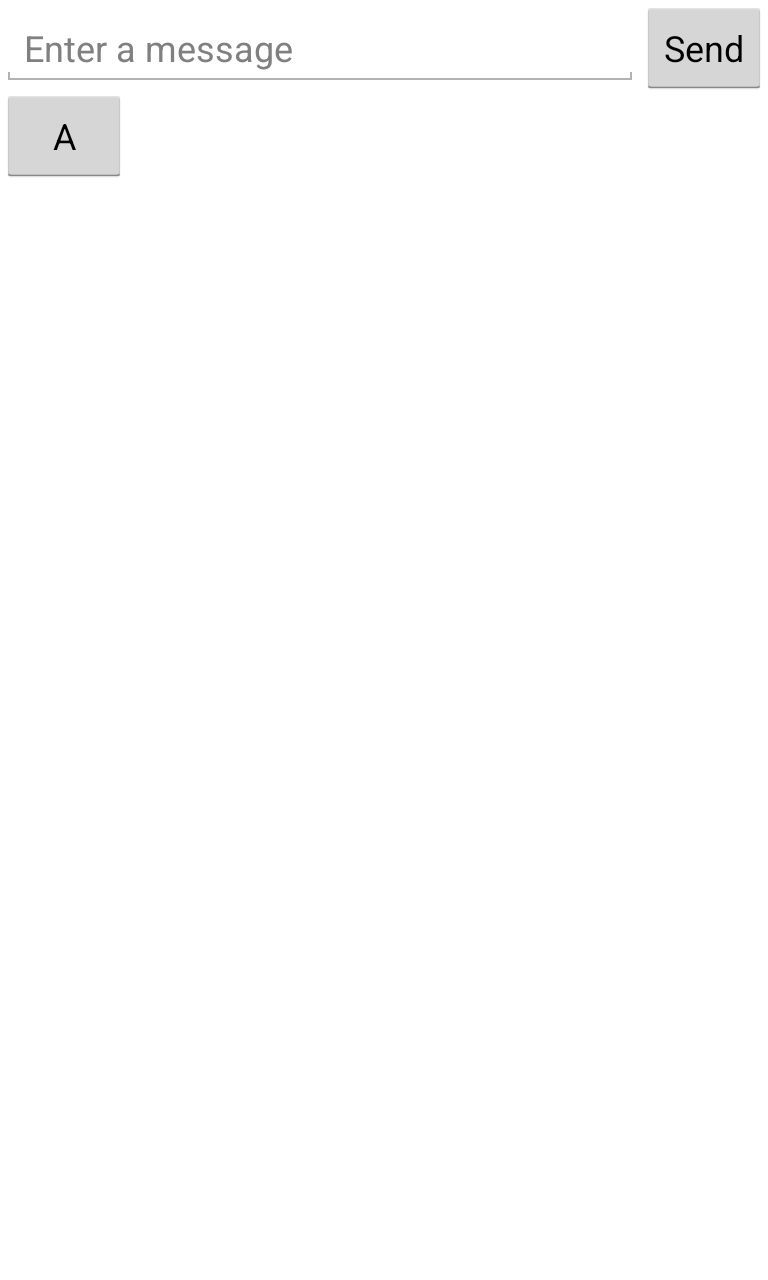
Repository: Jwonsever/AndroidPiano
Layout: HelloWorld/res/layout/activity_main.xml
These files come from the project's save history. The layout is drawn as it stood at one moment and after the next save; the edit follows.
It is drawn on a 768 x 1280 px phone screen (xhdpi) without system bars, with theme AppTheme; the app's code is not run.

Above is the layout before, as saved 2013-11-08 01:06:27.

### HelloWorld/res/layout/activity_main.xml
<?xml version="1.0" encoding="utf-8"?>
<RelativeLayout xmlns:android="http://schemas.android.com/apk/res/android"
    xmlns:tools="http://schemas.android.com/tools"
    android:layout_width="match_parent"
    android:layout_height="match_parent"
    android:orientation="horizontal" >

    <Button
        android:id="@+id/button1"
        android:layout_width="wrap_content"
        android:layout_height="wrap_content"
        android:layout_alignParentRight="true"
        android:layout_alignParentTop="true"
        android:onClick="sendMessage"
        android:text="@string/button_send" />

    <EditText
        android:id="@+id/edit_message"
        android:layout_width="wrap_content"
        android:layout_height="wrap_content"
        android:layout_alignBaseline="@+id/button1"
        android:layout_alignBottom="@+id/button1"
        android:layout_alignParentLeft="true"
        android:layout_toLeftOf="@+id/button1"
        android:ems="10"
        android:hint="@string/edit_message" />

    <Button
        android:id="@+id/a_note"
        android:layout_width="wrap_content"
        android:layout_height="wrap_content"
        android:layout_alignParentLeft="true"
        android:layout_below="@+id/edit_message"
        android:text="@string/a_note" />

</RelativeLayout>

### HelloWorld/res/values/strings.xml
<?xml version="1.0" encoding="utf-8"?>
<resources>

    <string name="app_name">Hello World</string>
    <string name="action_settings">Settings</string>
    <string name="hello_world">Hello world!</string>
    <string name="edit_message">Enter a message</string>
    <string name="title_activity_main">MainActivity</string>
    <string name="button_send">Send</string>
    <string name="a_note">A</string>
    <string name="title_activity_display_message">My Message</string>

</resources>

Loaded but not shown: HelloWorld/res/values/styles.xml (common file); HelloWorld/res/values-v11/styles.xml (common file); HelloWorld/res/values-v14/styles.xml (common file)

After the next save:
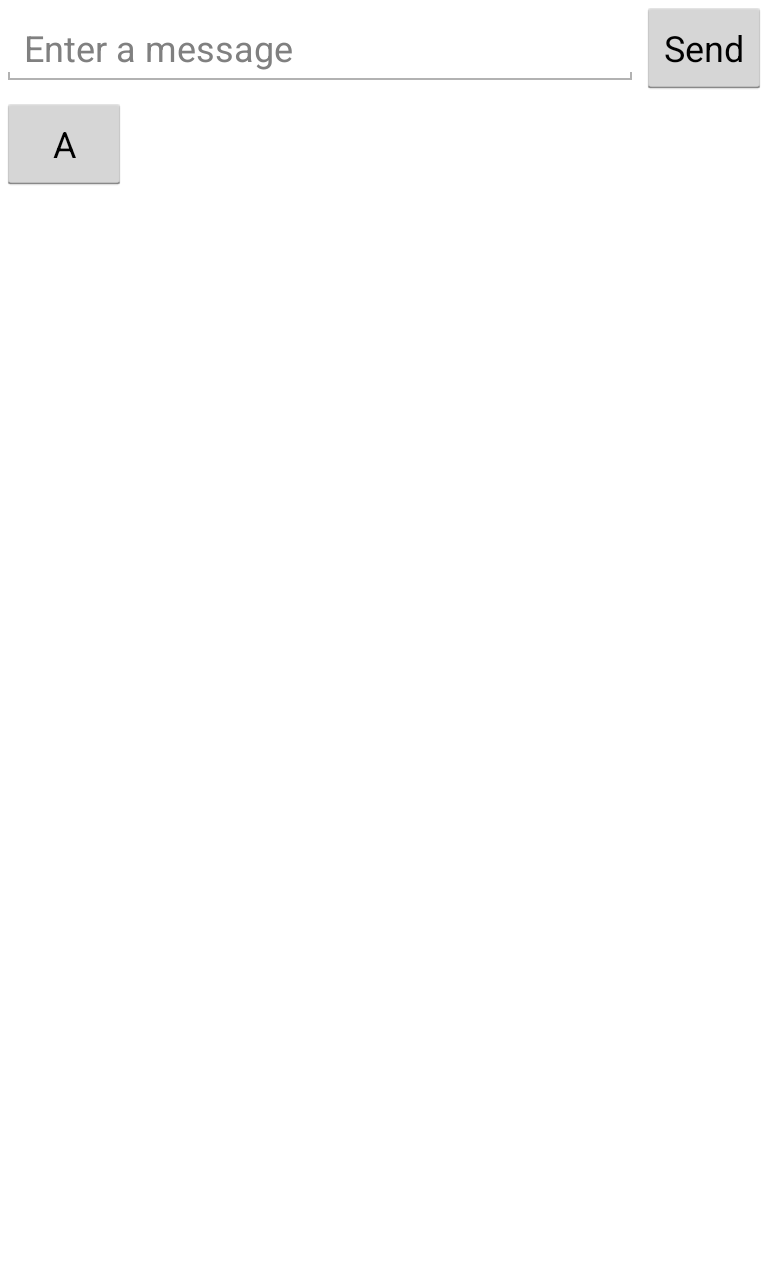
Saved 23 s later.
--- a/HelloWorld/res/layout/activity_main.xml
+++ b/HelloWorld/res/layout/activity_main.xml
@@ -30,7 +30,7 @@
         android:layout_width="wrap_content"
         android:layout_height="wrap_content"
         android:layout_alignParentLeft="true"
-        android:layout_below="@+id/edit_message"
+        android:layout_below="@+id/button1"
         android:text="@string/a_note" />
 
 </RelativeLayout>
